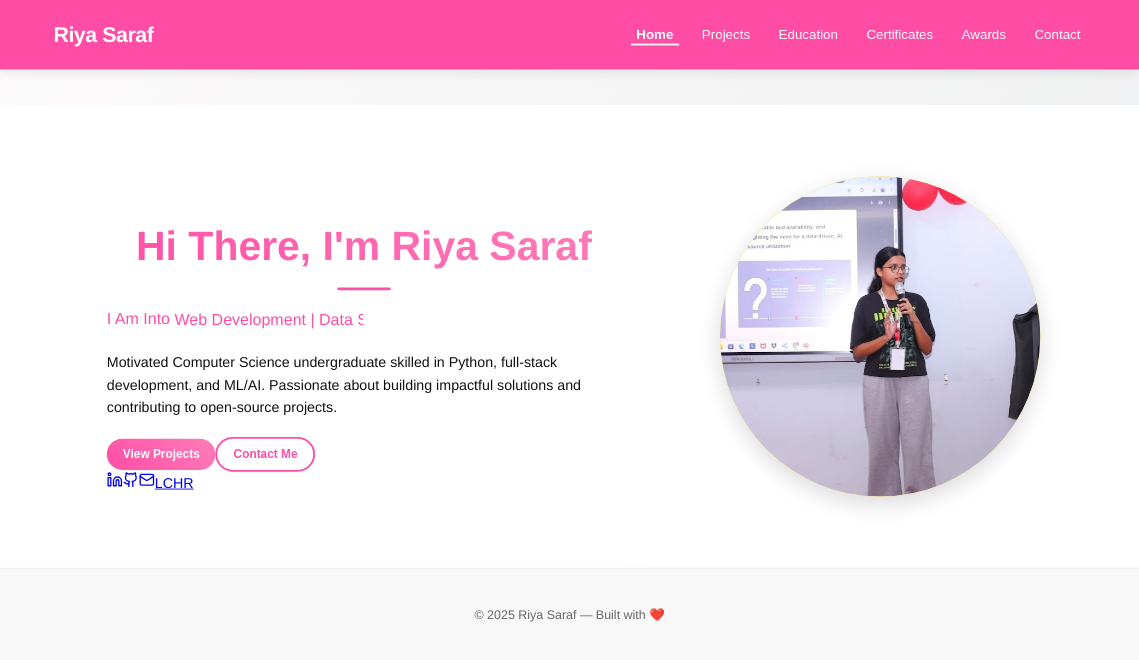
Repository: riyaaaa19/riya-portfolio
Page: /
These files come from the project's save history. The page is drawn as it stood at one moment and after the next save; the edit follows.
The browser window is 1280 px wide. The pictures show the whole page, at 89% of full size.
The project was rebuilt for these pictures with package versions that can differ from the ones it lists, and the page was loaded fresh each time. Also part of the build but not shown: src/components/TimelineCard.js.

Above is the page before, as saved 2025-09-13 17:25:30.

After the next save:
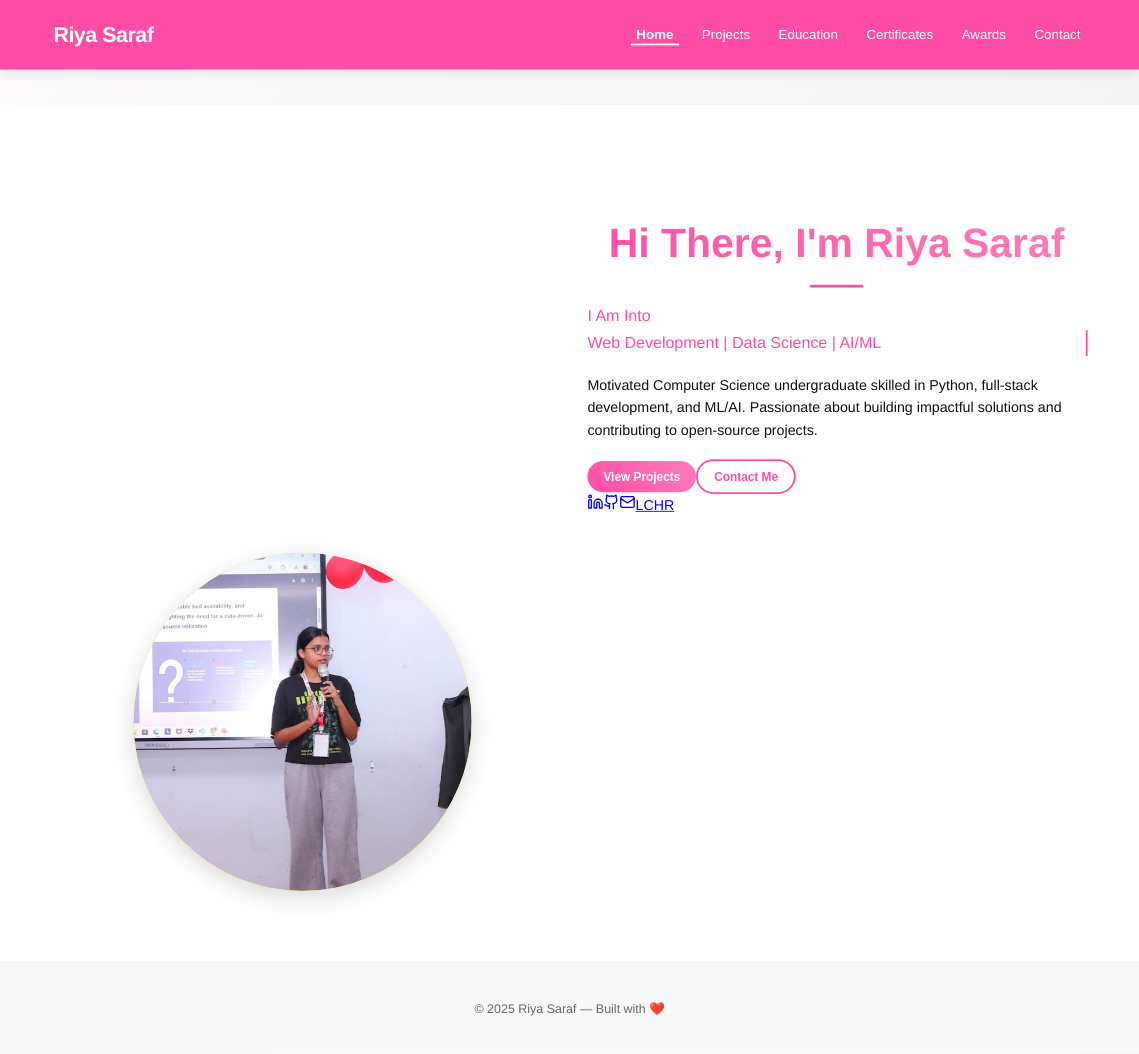
Saved 103 s later.
--- a/src/styles.css
+++ b/src/styles.css
@@ -84,16 +84,14 @@ section h2::after {
 
 /* ===== Hero ===== */
 .hero {
-  display: flex;
-  flex-direction: row;
-  justify-content: space-between;
-  align-items: center;
-  gap: 60px;
+  display: grid;
+  grid-template-columns: 1fr 1fr;
+  align-items: center;
+  gap: 40px;
   margin-top: 40px;
 }
 
 .hero-text {
-  flex: 1;
   animation: fadeUp 1s ease-in-out;
 }
 
@@ -118,40 +116,39 @@ section h2::after {
 /* Typing Effect Fix */
 .typing {
   display: inline-block;
-  border-right: 2px solid #ff4da6;
   white-space: nowrap;
   overflow: hidden;
   vertical-align: middle;
-  animation: typing 4s steps(30) infinite, blink 0.8s step-end infinite;
+  border-right: 2px solid #ff4da6;
+  animation: typing 4s steps(30, end) forwards, blink 0.7s step-end infinite;
 }
 
 @keyframes typing {
-  from { width: 0; }
-  to { width: 100%; }
+  from { width: 0 }
+  to { width: 100% }
 }
 
 @keyframes blink {
-  50% { border-color: transparent; }
+  50% { border-color: transparent }
 }
 
 /* Avatar / Profile Image */
 .hero-img {
-  flex: 0.8;
   display: flex;
   justify-content: center;
   align-items: center;
 }
 
 .avatar-circle {
-  width: 360px;   /* 🔥 Pehle 280px tha, ab badi */
-  height: 360px;
+  width: 380px;   /* 🔥 Bigger profile image */
+  height: 380px;
   border-radius: 50%;
   background: #ffe066;
   display: flex;
   justify-content: center;
   align-items: center;
+  overflow: hidden;
   box-shadow: 0 8px 25px rgba(0,0,0,0.15);
-  overflow: hidden;
   transition: transform 0.4s ease, box-shadow 0.4s ease;
 }
 
